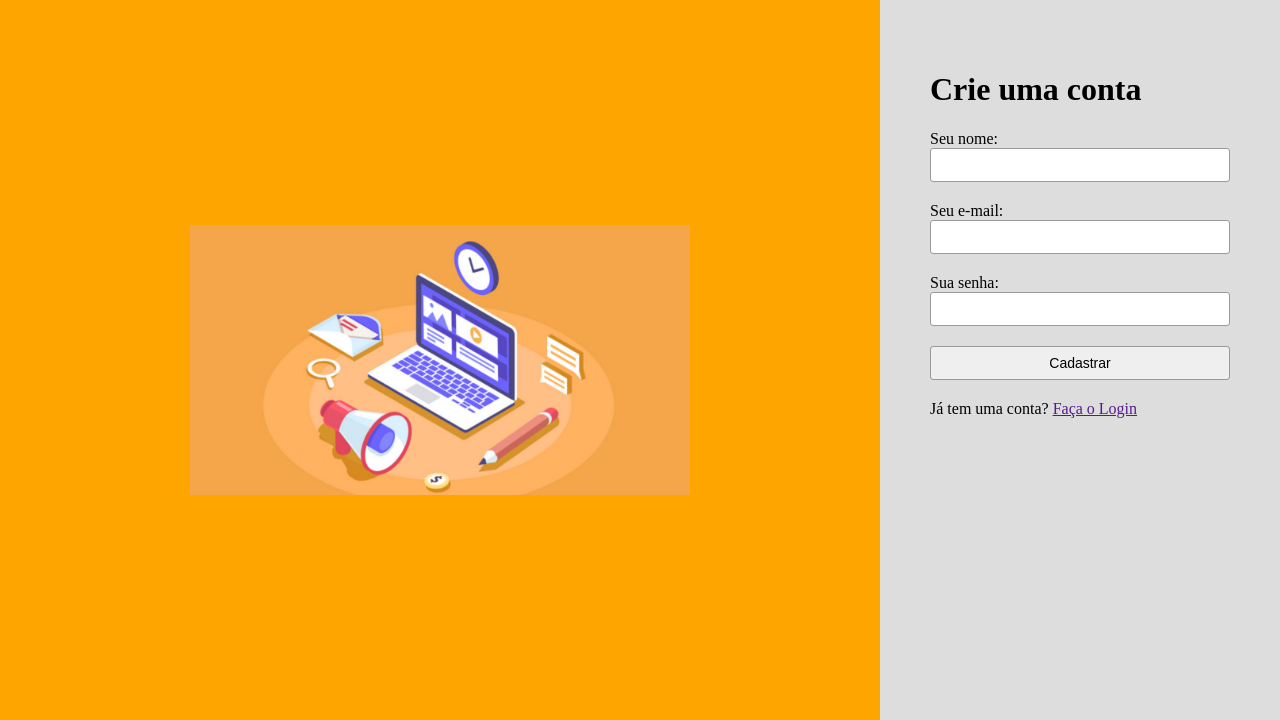
Repository: rafavirginio/tela-de-login
Page: index.html
The author's editor kept a copy of each file at every save. The page is drawn from the files as they stood at one save, then again after the next save.
The browser window is 1280 px wide. The pictures show the whole page.

Above is the page before, as saved 2020-09-15 14:41:07.

### index.html
<!DOCTYPE html>
<html lang="en">

<head>
    <meta charset="UTF-8">
    <meta name="viewport" content="width=device-width, initial-scale=1.0">
    <title> Validador de Formulário </title>
    <link rel="stylesheet" href="style.css" />
</head>

<body>
    <div class="screen">
        <div class="leftside">
            <img src="imgGR.png" alt ""/>

        </div>
        <div class="rightside">
            <h1>Crie uma conta</h1>

            <form method="POST" action="cadastro.php" class="grValidator">


                <label>
                Seu nome: <br/>
                <input type="text" name="name" data-rules="required|min=2" />
            </label>
                <label>
                Seu e-mail: <br/>
                <input type="text" name="email" data-rules="required|email" />
            </label>
                <label>
                Sua senha: <br/>
                <input type="password" name="password"data-rules="required|min=4" />
                </label>
                <label>
                <input type="submit" value="Cadastrar" />
                </label>
            </form>
            <div>
                Já tem uma conta? <a href=""> Faça o Login</a>
            </div>
        </div>

        <script src="script.js"></script>
</body>

</html>

### style.css
* {
    box-sizing: border-box;
}

body {
    background-color: orange;
    margin: 0;
}

.screen {
    display: flex;
    height: 100vh;
}

.leftside {
    flex: 1;
    display: flex;
    justify-content: center;
    align-items: center;
}

.leftside img {
    max-width: 500px;
    height: auto;
}

.rightside {
    width: 400px;
    background-color: #DDD;
    padding: 50px;
}

.rightside label {
    display: block;
    margin-bottom: 20px;
}

.rightside input {
    width: 100%;
    border: 1px solid #999;
    border-radius: 3px;
    padding: 8px;
    font-size: 14px;
    outline: 0;
}

.error {
    font-size: 11px;
    background-color: orangered;
    color: #FFF;
    padding: 4px;
    border-radius: 5px;
}

### script.js
let grValidator = {
    handleSubmit: (event) => {
        event.preventDefault();
        let send = true;

        let inputs = form.querySelectorAll('input');

        grValidator.clearErrors();

        for (let i = 0; i < inputs.length; i++) {
            let input = inputs[i];
            let check = grValidator.checkInput(input);
            if (check !== true) {
                send = false;
                grValidator.showError(input, check);
            }
        }

        if (send) {
            form.submit();
        }
    },
    checkInput: (input) => {
        let rules = input.getAttribute('data-rules');

        if (rules !== null) {
            rules = rules.split('|');
            for (let k in rules) {
                let rDetails = rules[k].split('=');
                switch (rDetails[0]) {
                    case 'required':
                        if (input.value == '') {
                            return 'Este campo é obrigatório.';
                        }
                        break;
                    case 'min':
                        if (input.value.length < rDetails[1]) {
                            return 'Campo deve conter pelo menos ' + rDetails[1] + ' caracteres';
                        }
                        break;
                    case 'email':
                        if (input.value != '') {
                            let regex = /^(([^<>()\[\]\\.,;:\s@"]+(\.[^<>()\[\]\\.,;:\s@"]+)*)|(".+"))@((\[[0-9]{1,3}\.[0-9]{1,3}\.[0-9]{1,3}\.[0-9]{1,3}])|(([a-zA-Z\-0-9]+\.)+[a-zA-Z]{2,}))$/;
                            if (regex.test(input.value.toLowerCase())) {
                                return 'E-mail digitado não é válido!';
                            }

                        }
                        break;
                }
            }
        }

        return true;
    },

    showError: (input, error) => {
        input.style.borderColor = '#FF0000';

        let errorElement = document.createElement('div');
        errorElement.classList.add('error');
        errorElement.innerHTML = error;

        input.parentElement.insertBefore(errorElement, input.ElementSibling)
    },
    clearErrors: () => {
        let inputs = form.querySelectorAll('input');
        for (let i = 0; i < inputs.length; i++) {
            inputs[i].style = '';
        }
        let errorElements = document.querySelectorAll('.error');
        for (let i = 0; i < errorElements.length; i++) {
            errorElements[i].remove();

        }
    }
};
let form = document.querySelector('.grValidator');
form.addEventListener('submit', grValidator.handleSubmit);

After the next save:
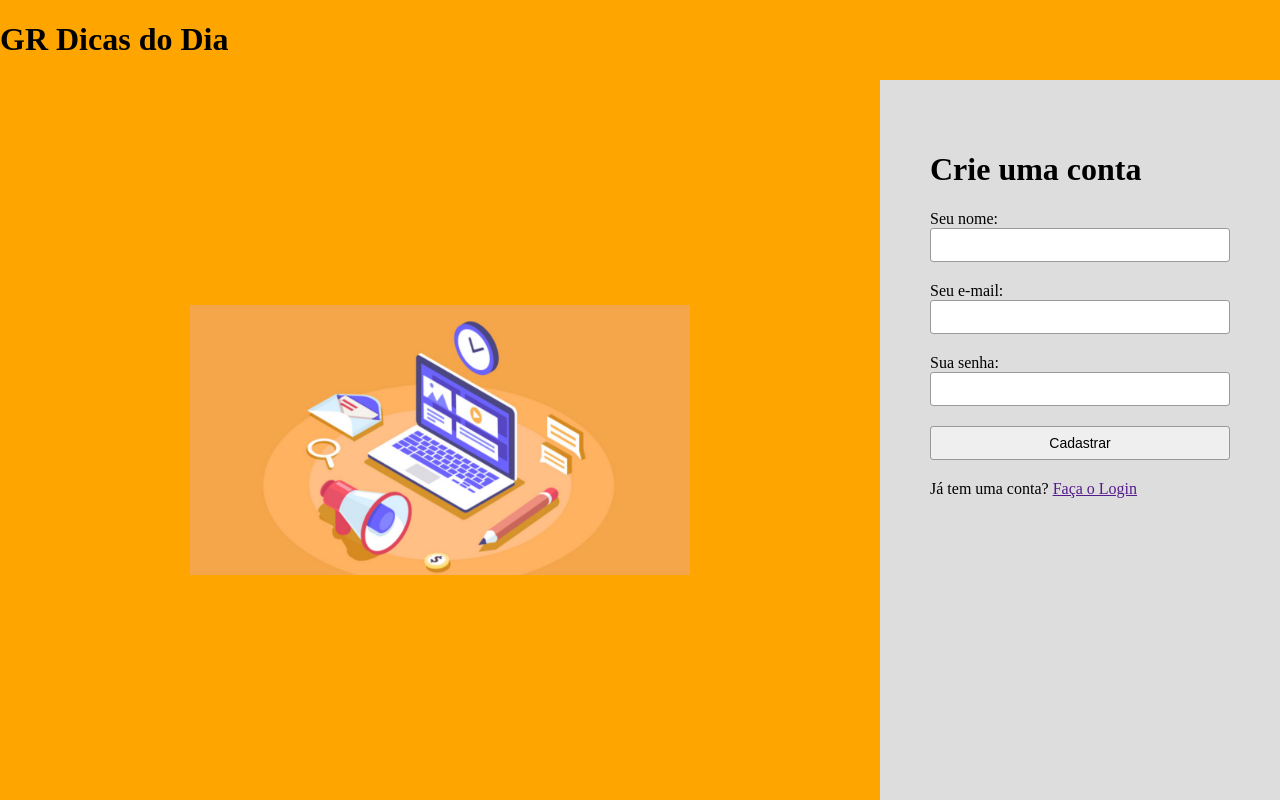
Saved 2 min 51 s later.
--- a/index.html
+++ b/index.html
@@ -6,6 +6,8 @@
     <meta name="viewport" content="width=device-width, initial-scale=1.0">
     <title> Validador de Formulário </title>
     <link rel="stylesheet" href="style.css" />
+
+    <h1>GR Dicas do Dia</h1>
 </head>
 
 <body>
